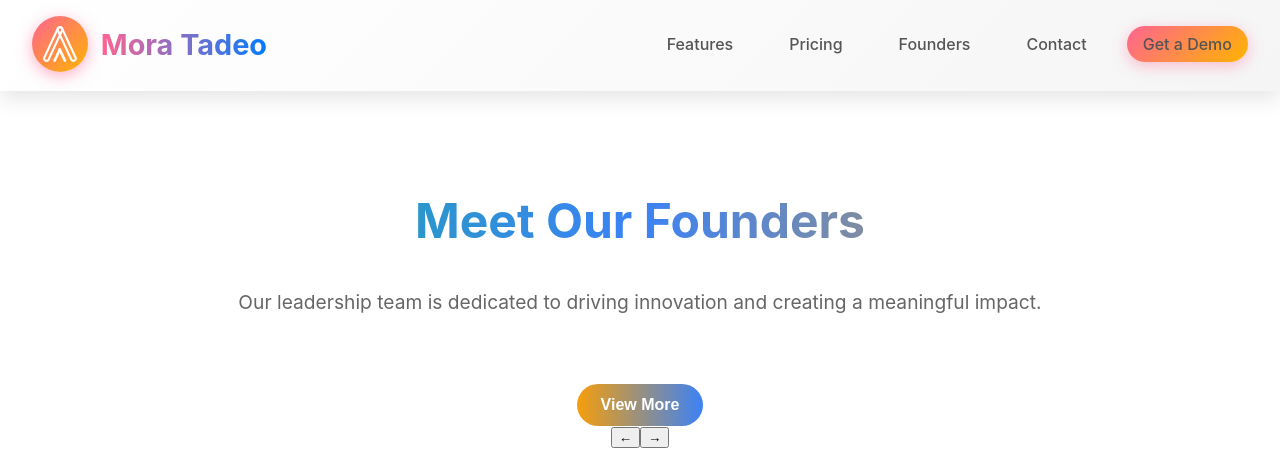
Repository: AbrahamM007/moratadeo
Page: /founders
These files come from the project's save history. The page is drawn as it stood at one moment and after the next save; the edit follows.
The browser window is 1280 px wide. The pictures show the part of the page from y = 0 to 454 px (the page is 928 px tall before and 846 px after).
Pictures or frames that could not be fetched are drawn as grey boxes. The project was rebuilt for these pictures with package versions that can differ from the ones it lists, and the page was loaded fresh each time. Also part of the build but not shown: src/HeroSection.css, src/HeroSection.js, src/InfoSection.css, src/InfoSection.js, src/RoadmapSection.css, src/RoadmapSection.js, src/DesignPhaseSection.js, src/HeroBanner.js and 7 more.

Above is the page before, as saved 2025-02-15 13:08:46.

### public/index.html
<!DOCTYPE html>
<html lang="en">
  <head>
    <meta charset="utf-8" />
    <link rel="icon" href="mora.png" />
    <meta name="viewport" content="width=device-width, initial-scale=1" />
    <meta name="theme-color" content="#000000" />

    <link rel="apple-touch-icon" href="mora.png" />
    <link rel="manifest" href="%PUBLIC_URL%/manifest.json" />

    <!-- SEO Meta Tags -->
    <meta name="title" content="Mora Tadeo | Development Firm" />
    <meta name="description" content="Mora Tadeo is a leading development firm offering cutting-edge solutions in web development, app design, and technology innovation to elevate your business." />
    <meta name="keywords" content="development firm, web development, app design, Mora Tadeo, software solutions, technology innovation" />
    <meta name="author" content="Mora Tadeo" />
    <meta name="robots" content="index, follow" />
    <meta name="googlebot" content="index, follow" />

    <!-- Open Graph Meta Tags (for social sharing) -->
    <meta property="og:type" content="website" />
    <meta property="og:url" content="https://moratadeo.com" />
    <meta property="og:title" content="Mora Tadeo | Development Firm" />
    <meta property="og:description" content="Discover innovative web and app development solutions with Mora Tadeo. Your trusted partner in driving technology forward." />
    <meta property="og:image" content="https://moratadeo.com/preview-image.png" />
    <meta property="og:site_name" content="Mora Tadeo" />

    <!-- Twitter Card Meta Tags -->
    <meta name="twitter:card" content="summary_large_image" />
    <meta name="twitter:url" content="https://moratadeo.com" />
    <meta name="twitter:title" content="Mora Tadeo | Development Firm" />
    <meta name="twitter:description" content="Mora Tadeo offers state-of-the-art development services to bring your business ideas to life. Partner with us for tailored solutions." />
    <meta name="twitter:image" content="https://moratadeo.com/preview-image.png" />

    <!-- Additional Metadata -->
    <meta name="msapplication-TileColor" content="#ffffff" />
    <meta name="msapplication-config" content="%PUBLIC_URL%/browserconfig.xml" />

    <!-- Title -->
    <title>Mora Tadeo | Development Firm</title>
  </head>
  <body>
    <noscript>You need to enable JavaScript to run this app.</noscript>
    <div id="root"></div>
  </body>
</html>

### src/App.js
import React from "react";
import { BrowserRouter as Router, Routes, Route } from "react-router-dom";
import Navbar from "./Navbar";
import HeroSection from "./HeroSection";
import InfoSection from "./InfoSection";
import RoadmapSection from "./RoadmapSection";
import DesignPhaseSection from "./DesignPhaseSection";
import HeroBanner from "./HeroBanner";
import Footer from "./Footer";
import PricingPage from "./PricingPage";
import ScrollToTop from "./ScrollToTop"; // Import the ScrollToTop component

// Import both FeaturesPage and FeaturePage from the merged file
import { FeaturesPage, FeaturePage } from "./FeaturesPage";

// Import FoundersPage
import FoundersPage from "./FoundersPage";

function App() {
  return (
    <Router>
      <ScrollToTop /> {/* Ensures scroll resets to top on route change */}
      <div className="App">
        <Navbar />
        <Routes>
          {/* Home Page */}
          <Route
            path="/"
            element={
              <>
                <HeroSection />
                <InfoSection />
                <RoadmapSection />
                {/* <HeroBanner /> */}
                <DesignPhaseSection />
                <Footer />
              </>
            }
          />
          {/* Features List */}
          <Route path="/features" element={<FeaturesPage />} />
          {/* Dynamic Feature Detail Page */}
          <Route path="/features/:featureId" element={<FeaturePage />} />
          {/* Pricing Page */}
          <Route path="/pricing" element={<PricingPage />} />
          {/* Founders Page */}
          <Route path="/founders" element={<FoundersPage />} />
        </Routes>
      </div>
    </Router>
  );
}

export default App;

### src/Navbar.js
import React, { useState, useEffect } from "react";
import { Link } from "react-router-dom";
import "./Navbar.css";
import logo from './mora.svg';


const Navbar = () => {
  const [scrolled, setScrolled] = useState(false);
  const [menuOpen, setMenuOpen] = useState(false);

  useEffect(() => {
    const handleScroll = () => {
      setScrolled(window.scrollY > 50);
    };

    window.addEventListener("scroll", handleScroll);
    return () => {
      window.removeEventListener("scroll", handleScroll);
    };
  }, []);

  const toggleMenu = () => {
    setMenuOpen(!menuOpen);
  };

  return (
    <header className={`navbar ${scrolled ? "scrolled" : ""}`}>
      <Link to="/" className="navbar-logo-link">
        <div className="navbar-logo-container">
          <div className="navbar-logo-icon">
          <img src={logo} alt="Logo" className="navbar-logo-image" />

          </div>
          <span className="navbar-logo-text">Mora Tadeo</span>
        </div>
      </Link>
      <button className="navbar-toggle" onClick={toggleMenu}>
        <span className={`hamburger ${menuOpen ? "open" : ""}`}></span>
      </button>
      <nav className={`navbar-menu ${menuOpen ? "open" : ""}`}>
        <Link to="/features" onClick={toggleMenu}>
          Features
        </Link>
        <Link to="/pricing" onClick={toggleMenu}>
          Pricing
        </Link>
        <Link to="/founders" onClick={toggleMenu}>
          Founders
        </Link>
        <a href="https://calendly.com/mora78606/30min?month=2025-01" onClick={toggleMenu}>
          Contact
        </a>
        <a href="https://calendly.com/mora78606/30min?month=2025-01" className="navbar-highlight" onClick={toggleMenu}>
          Get a Demo
        </a>
      </nav>
    </header>
  );
};

export default Navbar;

### src/ScrollToTop.js
import { useEffect } from "react";
import { useLocation } from "react-router-dom";

const ScrollToTop = () => {
  const { pathname } = useLocation();

  useEffect(() => {
    window.scrollTo(0, 0); // Scroll to the top-left of the page
  }, [pathname]);

  return null; // This component does not render anything
};

export default ScrollToTop;

### src/FoundersPage.js
import React, { useRef } from "react";
import { motion } from "framer-motion";
import "./FoundersPage.css";

const founders = [
  {
    name: "John Doe",
    title: "Co-Founder & CEO",
    image: "https://source.unsplash.com/500x300/?man,ceo",
    description: "Passionate about innovation and leadership in the tech space.",
  },
  {
    name: "Jane Smith",
    title: "Co-Founder & CTO",
    image: "https://source.unsplash.com/500x300/?woman,tech",
    description: "Tech visionary focused on building scalable solutions.",
  },
  {
    name: "Mark Johnson",
    title: "Head of Design",
    image: "https://source.unsplash.com/500x300/?designer,man",
    description: "Crafting visually stunning and user-friendly experiences.",
  },
];

const FoundersPage = () => {
  const scrollRef = useRef(null);

  const scrollLeft = () => {
    scrollRef.current.scrollBy({ left: -300, behavior: "smooth" });
  };

  const scrollRight = () => {
    scrollRef.current.scrollBy({ left: 300, behavior: "smooth" });
  };

  return (
    <div className="founders-container">
      <div className="founders-header">
        <div className="text-section">
          <h2 className="gradient-text">Meet Our Founders</h2>
          <p className="founders-description">
            Our leadership team is dedicated to driving innovation and creating a meaningful impact.
          </p>
          <button className="view-more-button">View More</button>
        </div>
        <div className="scroll-controls">
          <button className="scroll-button" onClick={scrollLeft}>←</button>
          <button className="scroll-button" onClick={scrollRight}>→</button>
        </div>
      </div>
      <div className="founders-list" ref={scrollRef}>
        {founders.map((founder, index) => (
          <motion.div className="founder-card" key={index} whileHover={{ scale: 1.05 }}>
            <img src={founder.image} alt={founder.name} className="founder-image" />
            <div className="play-button">▶</div>
            <div className="founder-info">
              <h3 className="founder-name">{founder.name}</h3>
              <p className="founder-title">{founder.title}</p>
            </div>
          </motion.div>
        ))}
      </div>
    </div>
  );
};

export default FoundersPage;

### src/Navbar.css
/* Navbar Container */
.navbar {
    display: flex;
    justify-content: space-between;
    align-items: center;
    padding: 1rem 2rem;
    background: linear-gradient(135deg, #ffffff, #f5f5f5);
    box-shadow: 0 8px 20px rgba(0, 0, 0, 0.1);
    position: sticky;
    top: 0;
    z-index: 1000; /* Ensures navbar stays on top */
    transition: all 0.3s ease;
    border-bottom: 3px solid transparent;
  }

  /* Navbar on Scroll */
  .navbar.scrolled {
    background: #ffffff; /* Plain white background on scroll */
    box-shadow: 0 8px 25px rgba(0, 0, 0, 0.2);
    border-bottom: 3px solid #ddd; /* Subtle border for scroll effect */
    transform: scale(1.01);
  }

  /* Logo Link */
  .navbar-logo-link {
    display: flex;
    align-items: center;
    text-decoration: none; /* Removes underline */
    cursor: pointer;
  }

  /* Logo Container */
  .navbar-logo-container {
    display: flex;
    align-items: center;
    gap: 0.8rem;
  }

  /* Logo Icon */
  .navbar-logo-icon {
    display: flex;
    align-items: center;
    justify-content: center;
    background: linear-gradient(135deg, #ff6491, #ffb400);
    color: #fff;
    font-size: 2rem;
    font-weight: bold;
    height: 3.5rem;
    width: 3.5rem;
    border-radius: 50%;
    box-shadow: 0 4px 15px rgba(255, 100, 145, 0.5);
    transition: transform 0.3s ease;
  }

  .navbar-logo-icon:hover {
    transform: rotate(360deg) scale(1.1);
  }

  /* Logo Text */
  .navbar-logo-text {
    font-size: 1.8rem;
    font-weight: 700;
    color: #333;
    background: linear-gradient(90deg, #ff6491, #007bff);
    -webkit-background-clip: text;
    -webkit-text-fill-color: transparent;
  }

  /* Logo Hover Effect */
  .navbar-logo-link:hover .navbar-logo-container {
    transform: scale(1.05);
    transition: transform 0.3s ease;
  }

  /* Navbar Menu */
  .navbar-menu {
    display: flex;
    gap: 1.5rem;
    transition: transform 0.3s ease, opacity 0.3s ease;
  }

  /* Menu Links */
  .navbar-menu a {
    font-size: 1rem;
    font-weight: 500;
    text-decoration: none; /* Removes underline */
    color: #555;
    padding: 0.5rem 1rem;
    position: relative;
    transition: all 0.3s ease;
  }

  .navbar-menu a:hover {
    color: #ff6491;
  }

  .navbar-menu a::after {
    content: "";
    position: absolute;
    bottom: -5px;
    left: 0;
    width: 0;
    height: 3px;
    background: linear-gradient(90deg, #ff6491, #ffb400);
    transition: width 0.3s ease;
  }

  .navbar-menu a:hover::after {
    width: 100%;
  }

  /* Highlight Link */
  .navbar-highlight {
    font-weight: bold;
    padding: 0.8rem 1.5rem;
    color: #fff;
    background: linear-gradient(135deg, #ff6491, #ffb400);
    border-radius: 50px;
    box-shadow: 0 4px 15px rgba(255, 100, 145, 0.4);
    transition: transform 0.3s ease, background 0.3s ease;
  }

  .navbar-highlight:hover {
    transform: scale(1.1);
    background: linear-gradient(135deg, #ffb400, #ff6491);
  }

  /* Hamburger Menu */
  .navbar-toggle {
    display: none;
    background: none;
    border: none;
    cursor: pointer;
    padding: 0.5rem;
    z-index: 11;
  }

  .hamburger {
    width: 1.5rem;
    height: 2px;
    background: #333;
    position: relative;
    transition: all 0.3s ease;
  }

  .hamburger::before,
  .hamburger::after {
    content: "";
    width: 1.5rem;
    height: 2px;
    background: #333;
    position: absolute;
    left: 0;
    transition: all 0.3s ease;
  }

  .hamburger::before {
    top: -6px;
  }

  .hamburger::after {
    top: 6px;
  }

  .hamburger.open {
    background: transparent;
  }

  .hamburger.open::before {
    transform: rotate(45deg);
    top: 0;
  }

  .hamburger.open::after {
    transform: rotate(-45deg);
    top: 0;
  }
  .navbar-logo-image {
    height: 2.3rem; /* Adjust size to match your design */
    width: 2.3rem;
    /* border-radius: 50%; Optional: Make it circular */
    object-fit: cover; /* Ensures the image scales correctly */

    transition: transform 0.3s ease;
  }

  .navbar-logo-image:hover {
    transform: scale(1.1); /* Slight zoom on hover */
  }


  /* Responsive Menu */
  @media (max-width: 768px) {
    .navbar-menu {
      flex-direction: column;
      position: absolute;
      top: 100%;
      right: 0;
      background: linear-gradient(135deg, #ffffff, #f5f5f5);
      border-radius: 10px;
      box-shadow: 0 8px 20px rgba(0, 0, 0, 0.1);
      transform: translateY(-200%);
      opacity: 0;
      visibility: hidden;
      transition: transform 0.3s ease, opacity 0.3s ease, visibility 0.3s ease;
    }

    .navbar-menu.open {
      transform: translateY(0%);
      opacity: 1;
      visibility: visible;
    }

    .navbar-menu a {
      padding: 1rem;
      text-align: center;
    }

    .navbar-toggle {
      display: block;
    }
  }

### src/DesignPhaseSection.css


:root {
  --blue-color: #007bff;
  --orange-color: #ffb400;
  --gradient: linear-gradient(90deg, var(--blue-color), var(--orange-color));
  --bg-white: #ffffff;
  --line-color: rgba(0,0,0,0.1);
  --card-shadow: rgba(0, 0, 0, 0.1);
 }






 .single-phase-container {
  position: relative;
  width: 100%;
  height: 100vh;
  overflow: hidden;
 }


 /* Navigation Dots */
 .phase-navigation {
  position: absolute;
  bottom: 20px;
  left: 50%;
  transform: translateX(-50%);
  display: flex;
  gap: 15px;
  z-index: 3;
 }


 .nav-dot {
  width: 20px;
  height: 20px;
  border-radius: 50%;
  background: #fff;
  border: 3px solid var(--gradient);
  cursor: pointer;
  transition: transform 0.3s ease, background 0.3s ease;
 }


 .nav-dot.active {
  transform: scale(1.4);
  background: var(--gradient);
 }


 .nav-dot:hover {
  transform: scale(1.2);
 }


 /* Phase Section and Overlay */
 .phase-section {
  position: relative;
  width: 100vw;
  height: 100vh;

  display: flex;
  align-items: center;
  justify-content: center;
  overflow: hidden;
  transition: background 1s ease-in-out;
 }


 .phase-overlay {
  position: absolute;
  width: 120%;
  height: 120%;
  top: -10%;
  left: -10%;
  background: radial-gradient(circle, rgba(255,255,255,0.2), transparent);
  opacity: 0.5;
  pointer-events: none;
  animation: floatOverlay 20s ease-in-out infinite;
  z-index: 1;
 }


 @keyframes floatOverlay {
  0%, 100% { transform: translate(0, 0) rotate(0deg); }
  50% { transform: translate(20px, 20px) rotate(45deg); }
 }


 /* Phase Content with Shimmering Border */
 .phase-content {
  position: relative;
  z-index: 2;
  max-width: 600px;
  padding: 2rem;
  background: rgba(255,255,255,0.8);
  color: #333;
  border-radius: 15px;
  box-shadow: 0 10px 20px var(--card-shadow);
  text-align: center;
  opacity: 0;
  transform: translateY(20px);
  animation: contentFadeIn 1.5s forwards;
 }


 .phase-content::before {
  content: '';
  position: absolute;
  inset: 0;
  border-radius: inherit;
  background: var(--gradient);
  z-index: -1;
  filter: blur(15px);
  opacity: 0.6;
  transform: scale(1.1);
  animation: pulseBorder 3s ease-in-out infinite;
 }


 @keyframes pulseBorder {
  0%, 100% { filter: blur(15px); }
  50% { filter: blur(25px); }
 }


 @keyframes contentFadeIn {
  to { opacity: 1; transform: translateY(0); }
 }


 /* Icon and Text Styling */
 .icon {
  font-size: 4rem;
  margin-bottom: 1rem;
  background: var(--gradient);
  -webkit-background-clip: text;
  -webkit-text-fill-color: transparent;
  animation: spinIcon 10s linear infinite;
 }


 @keyframes spinIcon {
  from { transform: rotate(0deg); }
  to { transform: rotate(360deg); }
 }


 .phase-content h3 {
  font-size: 2rem;
  margin-bottom: 1rem;
  color: var(--blue-color);
 }


 .phase-content p {
  font-size: 1.2rem;
  line-height: 1.6;
  color: #333;
 }


 /* Unique abstract backgrounds and animations for each phase */
 .phase-0 {
  background: radial-gradient(circle at center, rgba(0,123,255,0.1), var(--bg-white)),
              radial-gradient(circle at bottom right, rgba(255,180,0,0.1), transparent);
  animation: bgAnim0 15s ease-in-out infinite;
 }
 .phase-1 {
  background: radial-gradient(circle at top left, rgba(0,123,255,0.1), transparent),
              radial-gradient(circle at bottom right, rgba(255,180,0,0.1), var(--bg-white));
  animation: bgAnim1 20s ease-in-out infinite;
 }
 .phase-2 {
  background: radial-gradient(circle at top right, rgba(0,123,255,0.1), transparent),
              radial-gradient(circle at bottom left, rgba(255,180,0,0.1), var(--bg-white));
  animation: bgAnim2 25s ease-in-out infinite;
 }
 .phase-3 {
  background: radial-gradient(circle at center, rgba(0,123,255,0.1), transparent),
              radial-gradient(circle at center, rgba(255,180,0,0.1), var(--bg-white));
  animation: bgAnim3 30s ease-in-out infinite;
 }


 @keyframes bgAnim0 {
  0%, 100% { background-position: 0% 0%, 100% 100%; }
  50% { background-position: 100% 0%, 0% 100%; }
 }
 @keyframes bgAnim1 {
  0%, 100% { background-position: 0% 100%, 100% 0%; }
  50% { background-position: 100% 100%, 0% 0%; }
 }
 @keyframes bgAnim2 {
  0%, 100% { background-position: 50% 50%, 50% 50%; }
  50% { background-position: 75% 25%, 25% 75%; }
 }
 @keyframes bgAnim3 {
  0%, 100% { background-position: 0% 0%, 100% 100%; }
  50% { background-position: 100% 0%, 0% 100%; }
 }


 /* Responsive adjustments */
 @media (max-width: 768px) {
  .phase-content { padding: 1.5rem; }
  .icon { font-size: 3.5rem; }
  .phase-content h3 { font-size: 1.8rem; }
  .phase-content p { font-size: 1rem; }
 }

### src/FoundersPage.css
/* Page Layout */
.founders-container {
  text-align: center;
  padding: 60px 20px;
  background: white;
}

/* Gradient Text */
.gradient-text {
  font-size: 3rem;
  font-weight: bold;
  background: linear-gradient(to right, #10b981, #3b82f6, #f59e0b);
  -webkit-background-clip: text;
  -webkit-text-fill-color: transparent;
  color: transparent;
}

/* Subtitle */
.founders-description {
  font-size: 1.2rem;
  color: #666;
  margin-bottom: 40px;
}

/* Founders Card List */
.founders-list {
  display: flex;
  overflow-x: auto;
  padding: 20px;
  gap: 20px;
  scrollbar-width: none;
}

.founder-card {
  background: white;
  border-radius: 16px;
  box-shadow: 0px 8px 24px rgba(0, 0, 0, 0.1);
  width: 280px;
  text-align: center;
  padding: 20px;
  transition: transform 0.3s ease-in-out;
}

.founder-image {
  width: 100%;
  border-radius: 12px;
  margin-bottom: 15px;
}

.founder-info {
  padding: 10px;
}

.founder-name {
  font-size: 1.5rem;
  font-weight: bold;
  color: #333;
}

.founder-title {
  font-size: 1rem;
  color: #10b981;
  font-weight: 600;
}

.founder-desc {
  font-size: 0.9rem;
  color: #666;
  margin-top: 10px;
}

/* View More Button */
.view-more-button {
  margin-top: 30px;
  padding: 12px 24px;
  font-size: 1rem;
  font-weight: bold;
  border: none;
  border-radius: 24px;
  background: linear-gradient(to right, #f59e0b, #3b82f6);
  color: white;
  cursor: pointer;
  transition: all 0.3s ease;
}

.view-more-button:hover {
  opacity: 0.9;
}

Loaded but not shown: src/index.js (common file); src/index.css (common file); src/reportWebVitals.js (common file)

After the next save:
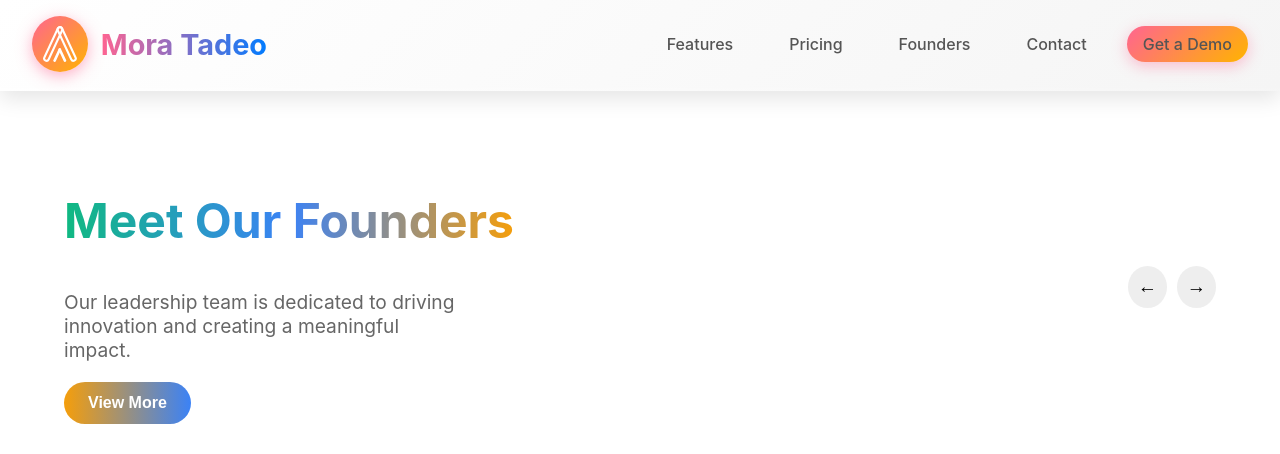
Saved 12 s later.
--- a/src/FoundersPage.css
+++ b/src/FoundersPage.css
@@ -1,58 +1,123 @@
 /* Page Layout */
 .founders-container {
-  text-align: center;
-  padding: 60px 20px;
+  padding: 60px 5%;
   background: white;
 }
 
-/* Gradient Text */
+/* Header Layout */
+.founders-header {
+  display: flex;
+  justify-content: space-between;
+  align-items: center;
+  margin-bottom: 30px;
+}
+
+/* Gradient Title */
 .gradient-text {
   font-size: 3rem;
   font-weight: bold;
   background: linear-gradient(to right, #10b981, #3b82f6, #f59e0b);
   -webkit-background-clip: text;
   -webkit-text-fill-color: transparent;
-  color: transparent;
 }
 
-/* Subtitle */
+/* Description */
 .founders-description {
   font-size: 1.2rem;
   color: #666;
-  margin-bottom: 40px;
+  max-width: 400px;
+  margin-bottom: 20px;
 }
 
-/* Founders Card List */
+/* View More Button */
+.view-more-button {
+  padding: 12px 24px;
+  font-size: 1rem;
+  font-weight: bold;
+  border-radius: 24px;
+  background: linear-gradient(to right, #f59e0b, #3b82f6);
+  color: white;
+  border: none;
+  cursor: pointer;
+  transition: all 0.3s ease;
+}
+
+.view-more-button:hover {
+  opacity: 0.9;
+}
+
+/* Scroll Controls */
+.scroll-controls {
+  display: flex;
+  gap: 10px;
+}
+
+.scroll-button {
+  padding: 10px;
+  font-size: 1.2rem;
+  background: #eee;
+  border: none;
+  border-radius: 50%;
+  cursor: pointer;
+  transition: all 0.3s ease;
+}
+
+.scroll-button:hover {
+  background: #ddd;
+}
+
+/* Founders List */
 .founders-list {
   display: flex;
   overflow-x: auto;
-  padding: 20px;
   gap: 20px;
+  padding-bottom: 10px;
   scrollbar-width: none;
+  scroll-behavior: smooth;
 }
 
+/* Founder Card */
 .founder-card {
+  position: relative;
   background: white;
   border-radius: 16px;
+  overflow: hidden;
   box-shadow: 0px 8px 24px rgba(0, 0, 0, 0.1);
-  width: 280px;
+  min-width: 300px;
   text-align: center;
-  padding: 20px;
   transition: transform 0.3s ease-in-out;
 }
 
 .founder-image {
   width: 100%;
-  border-radius: 12px;
-  margin-bottom: 15px;
+  height: 200px;
+  object-fit: cover;
 }
 
+/* Play Button Overlay */
+.play-button {
+  position: absolute;
+  bottom: 15px;
+  right: 15px;
+  background: rgba(255, 255, 255, 0.8);
+  padding: 10px;
+  border-radius: 50%;
+  font-size: 1.2rem;
+  cursor: pointer;
+  transition: all 0.3s ease;
+}
+
+.play-button:hover {
+  background: white;
+}
+
+/* Founder Info */
 .founder-info {
   padding: 10px;
 }
 
 .founder-name {
-  font-size: 1.5rem;
+  font-size: 1.2rem;
   font-weight: bold;
   color: #333;
 }
@@ -62,27 +127,3 @@
   color: #10b981;
   font-weight: 600;
 }
-
-.founder-desc {
-  font-size: 0.9rem;
-  color: #666;
-  margin-top: 10px;
-}
-
-/* View More Button */
-.view-more-button {
-  margin-top: 30px;
-  padding: 12px 24px;
-  font-size: 1rem;
-  font-weight: bold;
-  border: none;
-  border-radius: 24px;
-  background: linear-gradient(to right, #f59e0b, #3b82f6);
-  color: white;
-  cursor: pointer;
-  transition: all 0.3s ease;
-}
-
-.view-more-button:hover {
-  opacity: 0.9;
-}
